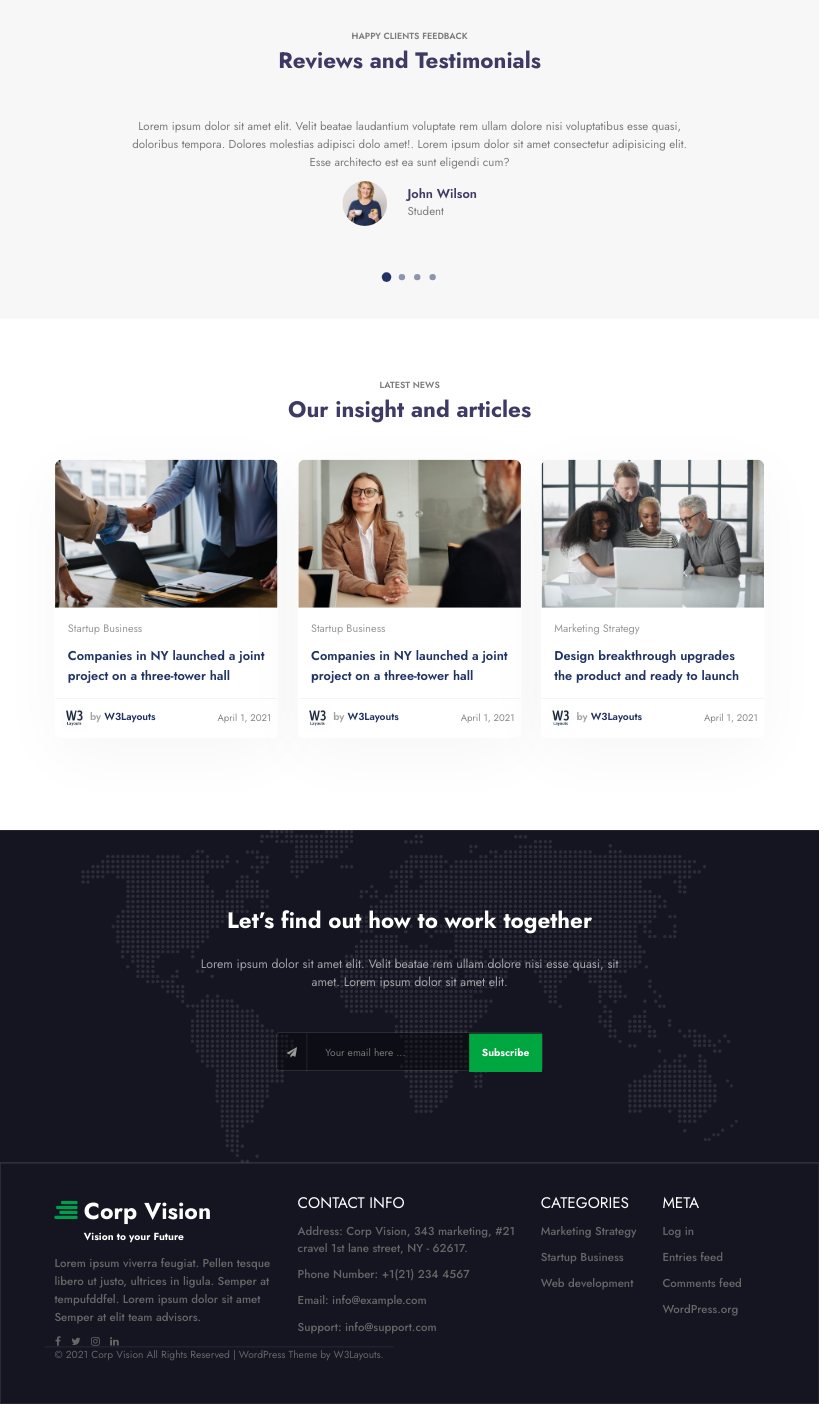
Repository: khaipnp/corpvision
Page: index.html
An editor plug-in stored every save of this project. The page is shown before and after the next save, followed by the edit.
The browser window is 1280 px wide. The page is 1280 px wide, then 1294 px, so the pictures cover 1294 px, including what lies to the right of the window. The pictures show the whole page, at 64% of full size.

Above is the page before, as saved 2021-07-04 16:23:33.

After the next save:
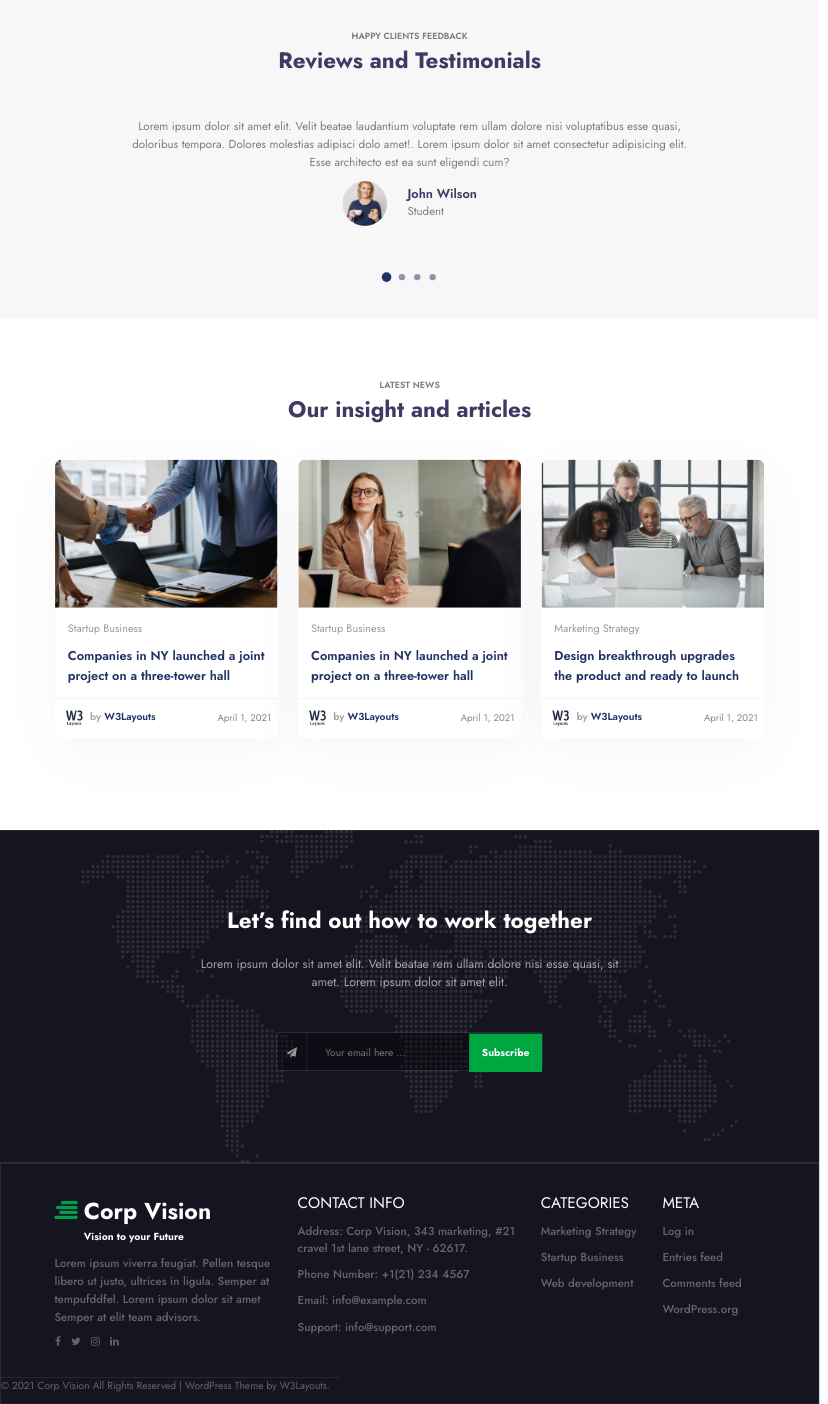
Saved 22 s later.
--- a/index.html
+++ b/index.html
@@ -273,11 +273,11 @@
             </ul>
           </div>
         </div>
-        <div class="row">
-          <div class="copyright text-center">
-            <div class="container">
-              <p>© 2021 Corp Vision All Rights Reserved | WordPress Theme by W3Layouts.</p>
-            </div>
+      </div>
+      <div class="row">
+        <div class="copyright text-center">
+          <div class="container">
+            <p>© 2021 Corp Vision All Rights Reserved | WordPress Theme by W3Layouts.</p>
           </div>
         </div>
       </div>
